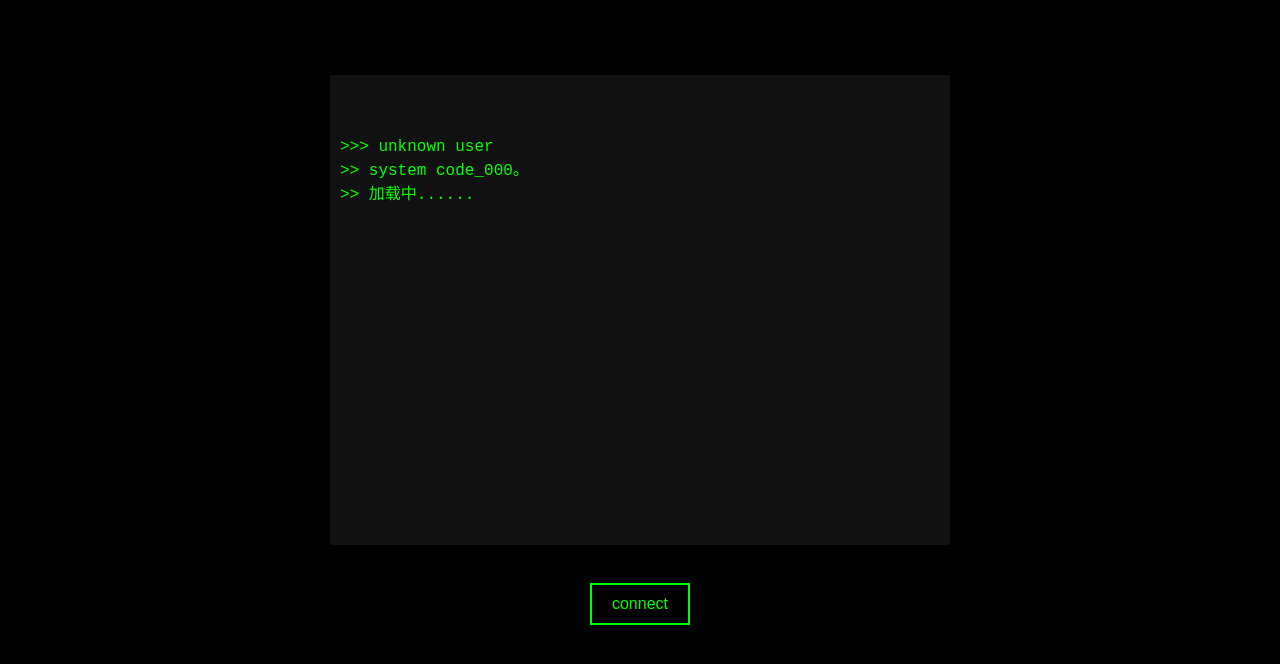
Repository: Muurrphy/lonely-terminal
Page: index.html
These files come from the project's save history. The page is drawn as it stood at one moment and after the next save; the edit follows.
The browser window is 1280 px wide. The pictures show the whole page.

Above is the page before, as saved 2025-07-16 00:03:08.

After the next save:
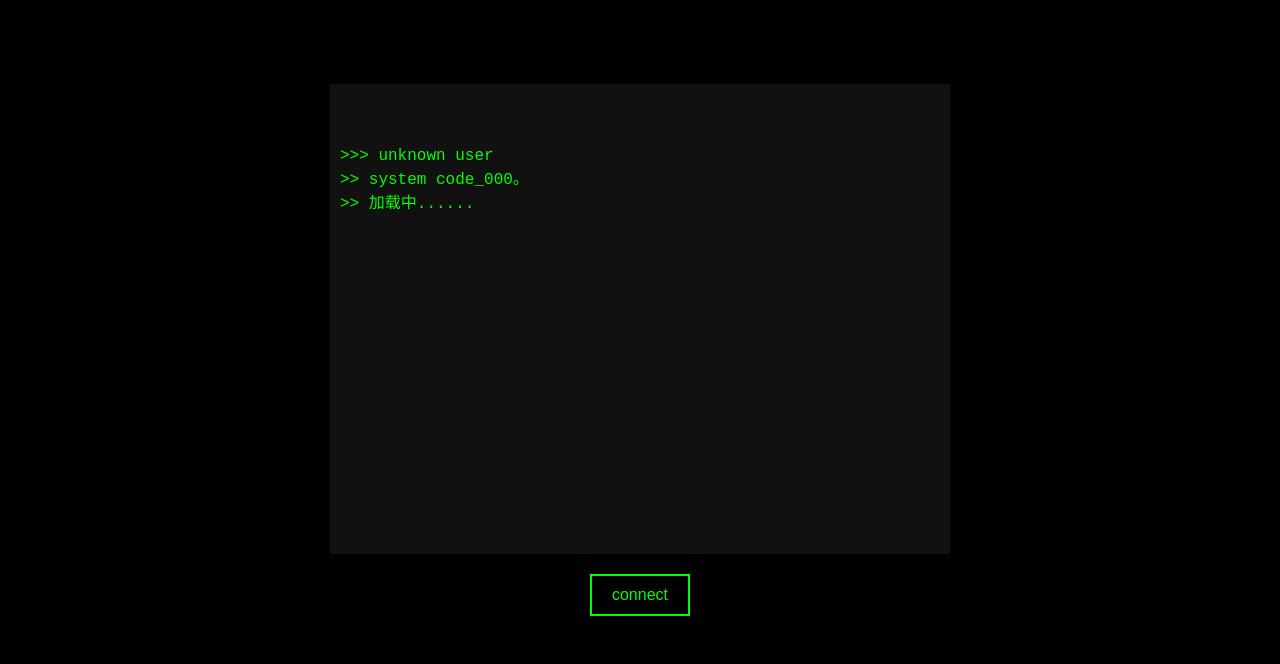
Saved 8 min 22 s later.
--- a/index.html
+++ b/index.html
@@ -13,7 +13,6 @@
     <!-- 页面主体开始 -->
     <div id="terminal-container">
       <div id="terminal"></div>
-      <div id="cursor-container"><span class="cursor">|</span></div>
       <button id="startButton" class="start-button">connect</button>
     </div>
     <!-- JavaScript 代码文件 -->
